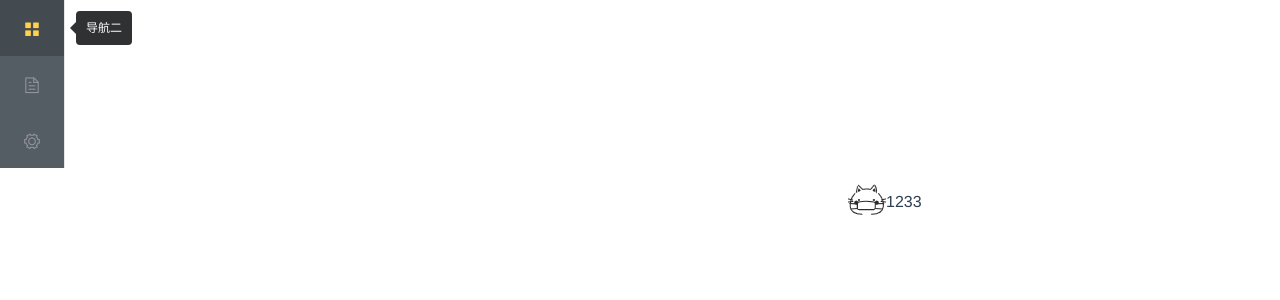
Repository: faintout/backMng
Page: / (app in backmng/)
An editor plug-in stored every save of this project. The page is shown before and after the next save, followed by the edit.
The browser window is 1280 px wide. The pictures show the whole page.
The project was rebuilt for these pictures with package versions that can differ from the ones it lists, and the page was loaded fresh each time. Also part of the build but not shown: backmng/vue.config.js.

Above is the page before, as saved 2020-12-30 15:20:07.

### backmng/src/main.js
import Vue from 'vue'
import App from './App.vue'
import router from './router'
import store from './store'
import ElementUI from 'element-ui'
import 'element-ui/lib/theme-chalk/index.css'
import './assets/index.css'

Vue.use(ElementUI)
Vue.config.productionTip = false

new Vue({
  router,
  store,
  render: h => h(App)
}).$mount('#app')

### backmng/src/router/index.js
import Vue from 'vue'
import VueRouter from 'vue-router'
import Layout from '../views/layout.vue'

Vue.use(VueRouter)

const routes = [
  {
    path: '/',
    name: 'Layout',
    component: Layout
  },
]

const router = new VueRouter({
  routes
})

export default router

### backmng/src/assets/index.css
* {
    /* width: 100%;
    height: 100%; */
    padding: 0;
    margin: 0;
}

### backmng/src/views/layout.vue
<template>
    <div>
        <div class="menu_list" style="width:20%">
            <!-- <header-top></header-top> -->
            <el-row class="tac">
                <el-col :span="12">
                    <el-menu default-active="1" class="el-menu-vertical-demo" @open="handleOpen" @close="handleClose" background-color="#545c64" text-color="#fff" active-text-color="#ffd04b" :collapse="isCollapse">
                        <el-menu-item index="1">
                            <i class="el-icon-menu"></i>
                            <span slot="title">导航二</span>
                        </el-menu-item>
                        <el-menu-item index="2" >
                            <i class="el-icon-document"></i>
                            <span slot="title">导航三</span>
                        </el-menu-item>
                        <el-menu-item index="3">
                            <i class="el-icon-setting"></i>
                            <span slot="title">导航四</span>
                        </el-menu-item>
                    </el-menu>
                </el-col>
            </el-row>
        </div>
        <div style="width:80%">
            <header-top></header-top>
        </div>


    </div>
</template>

<script>
import headerTop from './headerTop'
    export default {
        components: {
            headerTop
        },
        data() {
            return {
                isCollapse:true
            }
        },
        watch: {},
        computed: {},
        methods: {
            handleOpen(key, keyPath) {
                console.log(key, keyPath);
            },
            handleClose(key, keyPath) {
                console.log(key, keyPath);
            }
        },
        mounted() {},
        created() {},
    }
</script>
<style lang="less" scoped>
</style>

### backmng/src/views/headerTop.vue
<template>
    <div>
        <div class="header">
            <div class="user_info">
                <div class="user_pic">
                    <img src="../assets/images/user_pic.png" alt="">
                </div>
                <div class="user_name">1233</div>
            </div>
        </div>
    </div>
</template>

<script>
    export default {
        components: {},
        data() {
            return {}
        },
        watch: {},
        computed: {},
        methods: {},
        mounted() {},
        created() {},
    }
</script>
<style lang="less" scoped>
    .header {
        // display: flex;
        justify-content: space-between;
        height: 64px;
        width: 100%;
        vertical-align: middle;
        display: inline-block;
        // img{
        //     float: left;
        // }
    }

    .user_info div {
        display: inline-block;
        margin-top: 16px;
    }

    .user_info {
        text-align: center;
        margin-right: 10%;
        vertical-align: middle;
        float: right;
    }

    .user_name {
        vertical-align: middle;
        display: inline-block;
    }

    .user_pic {
        vertical-align: middle;
    }
</style>

Loaded but not shown: backmng/public/index.html (common file); backmng/src/App.vue (common file); backmng/src/store/index.js (common file)

After the next save:
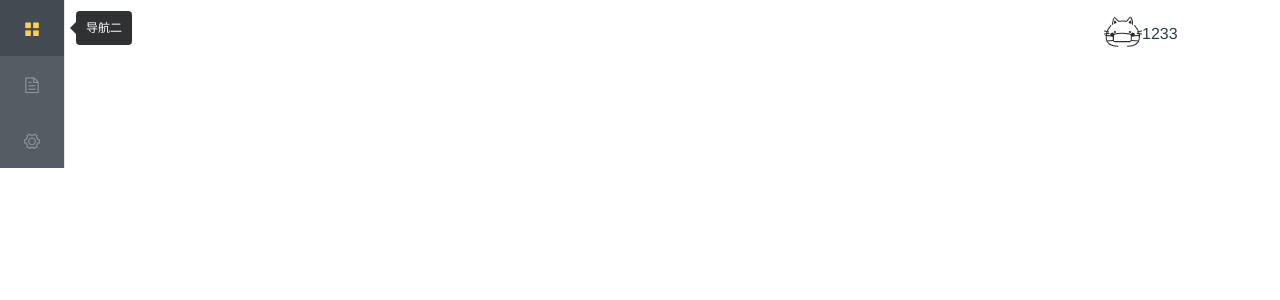
Saved 26 s later.
--- a/backmng/src/views/layout.vue
+++ b/backmng/src/views/layout.vue
@@ -1,6 +1,6 @@
 <template>
     <div>
-        <div class="menu_list" style="width:20%">
+        <div class="menu_list" style="width:20%;float:left">
             <!-- <header-top></header-top> -->
             <el-row class="tac">
                 <el-col :span="12">
@@ -21,7 +21,7 @@
                 </el-col>
             </el-row>
         </div>
-        <div style="width:80%">
+        <div style="width:80%;float:left">
             <header-top></header-top>
         </div>
 
